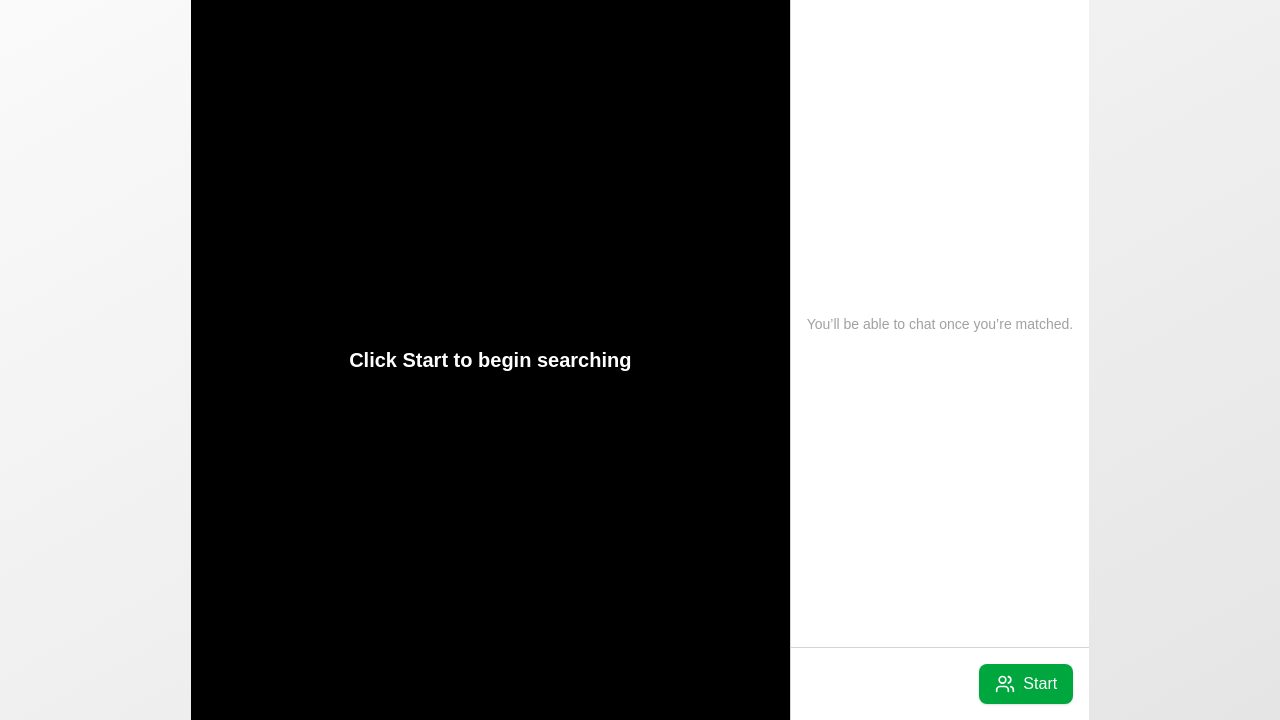
Repository: akanksha653/connectify
Page: /anonymous
These files come from the project's save history. The page is drawn as it stood at one moment and after the next save; the edit follows.
The browser window is 1280 px wide. The pictures show the whole page.
The page's requests for data from a server got no answer. The project was rebuilt for these pictures with package versions that can differ from the ones it lists, and the page was loaded fresh each time. The framework's server and built-in components were replaced by stand-ins that run in the browser. No one was signed in, and anything a server would have sent is missing. Also part of the build but not shown: next.config.ts, components/video/LocalVideo.tsx, components/video/RemoteVideo.tsx, components/chat/Message.tsx, components/chat/TypingIndicator.tsx, components/chat/ChatBox.tsx, features/anonymousChat/components/FindingPartner.tsx.

Above is the page before, as saved 2025-07-13 20:32:53.

### src/app/anonymous/page.tsx
"use client";

import React from "react";
// Update the import path below to the correct relative path if needed
import AnonymousChatRoom from "../../../features/anonymousChat/components/AnonymousChatRoom";

export default function AnonymousPage() {
  return (
    <main className="flex min-h-screen flex-col items-center justify-center bg-gradient-to-br from-neutral-50 to-neutral-200 dark:from-neutral-900 dark:to-neutral-800 px-4">
      <AnonymousChatRoom />
    </main>
  );
}

### features/anonymousChat/components/AnonymousChatRoom.tsx
"use client";

import React, { useEffect, useState, useCallback } from "react";
import useWebRTC from "../hooks/useWebRTC";
import useSocket from "../hooks/useSocket";
import LocalVideo from "../../../components/video/LocalVideo";
import RemoteVideo from "../../../components/video/RemoteVideo";
import ChatBox from "../../../components/chat/ChatBox";
import FindingPartner from "./FindingPartner";
import { Users, RefreshCcw, CircleStop } from "lucide-react";

export default function AnonymousChatRoom() {
  const [roomId, setRoomId] = useState<string | null>(null);
  const [isOfferer, setIsOfferer] = useState<boolean | null>(null);
  const [loading, setLoading] = useState(false);
  const [sessionStarted, setSessionStarted] = useState(false);

  const socket = useSocket();
  const { localStream, remoteStream } = useWebRTC(roomId, isOfferer, sessionStarted);

  const handleMatched = useCallback(
    ({ roomId, isOfferer }: { roomId: string; partnerId: string; isOfferer: boolean }) => {
      console.log("🎉 Matched in room:", roomId, "Offerer:", isOfferer);
      setRoomId(roomId);
      setIsOfferer(isOfferer);
      setLoading(false);
    },
    []
  );

  useEffect(() => {
    if (!socket) return;
    socket.off("matched", handleMatched);
    socket.on("matched", handleMatched);
    return () => {
      socket.off("matched", handleMatched);
    };
  }, [socket, handleMatched]);

  useEffect(() => {
    if (!socket) return;

    const handleDisconnect = () => {
      console.log("⚠️ Disconnected from socket server");
      setLoading(false);
      setSessionStarted(false);
    };

    const handleConnect = () => {
      console.log("✅ Connected to socket server:", socket.id);
    };

    socket.on("disconnect", handleDisconnect);
    socket.on("connect", handleConnect);

    return () => {
      socket.off("disconnect", handleDisconnect);
      socket.off("connect", handleConnect);
    };
  }, [socket]);

  useEffect(() => {
    return () => {
      if (socket && roomId) {
        socket.emit("leave-room", roomId);
        console.log("👋 Left room:", roomId);
      }
    };
  }, [socket, roomId]);

  const handleStart = () => {
    if (!sessionStarted) {
      setLoading(true);
      setSessionStarted(true);
      socket?.emit("start-looking");
      console.log("🔎 Started looking for partner");
    }
  };

  const handleStop = () => {
    if (roomId) {
      socket?.emit("leave-room", roomId);
      console.log("🛑 Stopped session and left room:", roomId);
    }
    setRoomId(null);
    setIsOfferer(null);
    setSessionStarted(false);
    setLoading(false);
  };

  const handleSkip = () => {
    handleStop();
    handleStart();
    console.log("⏭️ Skipped to new partner");
  };

  const renderControlButton = () => {
    const baseClasses =
      "flex items-center gap-2 px-4 py-2 rounded-lg shadow font-medium transition whitespace-nowrap";
    if (!sessionStarted) {
      return (
        <button
          onClick={handleStart}
          className={`${baseClasses} bg-green-600 hover:bg-green-700 text-white`}
        >
          <Users className="w-5 h-5" />
          Start
        </button>
      );
    } else if (loading) {
      return (
        <button
          onClick={handleStop}
          className={`${baseClasses} bg-red-600 hover:bg-red-700 text-white`}
        >
          <CircleStop className="w-5 h-5" />
          Stop
        </button>
      );
    } else {
      return (
        <button
          onClick={handleSkip}
          className={`${baseClasses} bg-yellow-500 hover:bg-yellow-600 text-white`}
        >
          <RefreshCcw className="w-5 h-5" />
          Skip
        </button>
      );
    }
  };

  return (
    <div className="flex flex-col md:grid md:grid-cols-3 h-screen bg-neutral-100 dark:bg-neutral-900">
      {/* Video Section */}
      <div className="md:col-span-2 relative flex items-center justify-center bg-black p-2 md:p-4">
        {!sessionStarted ? (
          <div className="text-white text-xl font-semibold text-center px-4">
            Click Start to begin searching
          </div>
        ) : loading ? (
          <FindingPartner />
        ) : (
          <>
            <RemoteVideo stream={remoteStream} />
            <div className="absolute top-5 right-5 w-40 h-40 md:w-48 md:h-48 rounded overflow-hidden border-2 border-white shadow-lg z-20">
              {localStream ? (
                <LocalVideo stream={localStream} />
              ) : (
                <div className="text-white text-sm p-2">Loading camera...</div>
              )}
            </div>
          </>
        )}
      </div>

      {/* Chat + Controls */}
      <div className="flex flex-col h-full border-t md:border-t-0 md:border-l border-neutral-300 dark:border-neutral-700">
        <div className="flex-grow overflow-y-auto bg-white dark:bg-neutral-900">
          {roomId ? (
            <ChatBox socket={socket} roomId={roomId} />
          ) : (
            <div className="flex items-center justify-center h-full text-neutral-400 text-sm px-4 text-center">
              You’ll be able to chat once you’re matched.
            </div>
          )}
        </div>

        {/* Bottom Controls */}
        <div className="p-4 border-t border-neutral-300 dark:border-neutral-700 bg-white dark:bg-neutral-800 flex justify-end sticky bottom-0 z-10">
          {renderControlButton()}
        </div>
      </div>
    </div>
  );
}

### features/anonymousChat/hooks/useWebRTC.ts
import { useEffect, useRef, useState } from "react";
import { io, Socket } from "socket.io-client";

const SOCKET_URL = process.env.NEXT_PUBLIC_SOCKET_URL;

export default function useWebRTC(roomId: string | null, isOfferer: boolean | null, isStarted: boolean) {
  const [remoteStream, setRemoteStream] = useState<MediaStream | null>(null);
  const [localStream, setLocalStream] = useState<MediaStream | null>(null);
  const peerConnectionRef = useRef<RTCPeerConnection | null>(null);
  const socketRef = useRef<Socket | null>(null);

  const iceServers = {
    iceServers: [
      { urls: "stun:stun.l.google.com:19302" },
      { urls: "stun:stun1.l.google.com:19302" },
      // 🔒 Add TURN servers for production behind NAT/firewalls
    ],
  };

  useEffect(() => {
    if (!roomId || isOfferer === null || !isStarted) {
      console.log("⏳ Waiting for Start button click + server-assigned roomId + role...");
      return;
    }

    const init = async () => {
      if (!SOCKET_URL) {
        console.error("❌ NEXT_PUBLIC_SOCKET_URL is not defined");
        return;
      }

      try {
        // ✅ Connect to signaling server
        socketRef.current = io(SOCKET_URL, {
          transports: ["websocket"],
        });

        socketRef.current.on("connect", () => {
          console.log("✅ Connected to socket server:", socketRef.current?.id);
        });

        // ✅ Get local media stream AFTER user clicks Start
        const stream = await navigator.mediaDevices.getUserMedia({ video: true, audio: true });
        setLocalStream(stream);
        console.log("📷 Obtained local media stream");

        // ✅ Create RTCPeerConnection
        peerConnectionRef.current = new RTCPeerConnection(iceServers);
        console.log("🔧 Created RTCPeerConnection");

        // ✅ Add local tracks to peer connection
        stream.getTracks().forEach((track) => {
          peerConnectionRef.current?.addTrack(track, stream);
        });

        // ✅ Handle remote stream
        peerConnectionRef.current.ontrack = (event) => {
          console.log("📡 Received remote stream track");
          setRemoteStream(event.streams[0]);
        };

        // ✅ Monitor connection state
        peerConnectionRef.current.onconnectionstatechange = () => {
          console.log("🔗 Connection state:", peerConnectionRef.current?.connectionState);
        };

        // ✅ Handle ICE candidates generated locally
        peerConnectionRef.current.onicecandidate = (event) => {
          if (event.candidate) {
            console.log("📤 Sending ICE candidate");
            socketRef.current?.emit("ice-candidate", { candidate: event.candidate, roomId });
          }
        };

        // ✅ Join room and wait for confirmation before offer creation
        socketRef.current.emit("join-room", roomId);

        socketRef.current.on("joined-room", async (joinedRoomId) => {
          console.log("🏠 Successfully joined room:", joinedRoomId);

          if (isOfferer) {
            console.log("📞 Creating offer...");
            const offer = await peerConnectionRef.current!.createOffer();
            await peerConnectionRef.current!.setLocalDescription(offer);
            socketRef.current?.emit("offer", { offer, roomId });
            console.log("📤 Sent offer:", offer);
          }
        });

        // ✅ Listen for offer
        socketRef.current.on("offer", async ({ offer }) => {
          console.log("📩 Received offer:", offer);
          await peerConnectionRef.current!.setRemoteDescription(new RTCSessionDescription(offer));
          const answer = await peerConnectionRef.current!.createAnswer();
          await peerConnectionRef.current!.setLocalDescription(answer);
          socketRef.current?.emit("answer", { answer, roomId });
          console.log("📤 Sent answer:", answer);
        });

        // ✅ Listen for answer
        socketRef.current.on("answer", async ({ answer }) => {
          console.log("📩 Received answer:", answer);
          await peerConnectionRef.current!.setRemoteDescription(new RTCSessionDescription(answer));
        });

        // ✅ Listen for ICE candidates from remote peer
        socketRef.current.on("ice-candidate", async ({ candidate }) => {
          console.log("📩 Received ICE candidate:", candidate);
          try {
            await peerConnectionRef.current!.addIceCandidate(new RTCIceCandidate(candidate));
          } catch (error) {
            console.error("❌ Error adding received ICE candidate:", error);
          }
        });

      } catch (error) {
        console.error("❌ Failed to initialize WebRTC:", error);
      }
    };

    init();

    return () => {
      console.log("🧹 Cleaning up WebRTC and socket connections");
      peerConnectionRef.current?.close();
      localStream?.getTracks().forEach((track) => track.stop());
      socketRef.current?.disconnect();
    };
  }, [roomId, isOfferer, isStarted]);

  return { localStream, remoteStream };
}

### features/anonymousChat/hooks/useSocket.ts
// features/anonymousChat/hooks/useSocket.ts

import { useEffect, useState } from "react";
import { io, Socket } from "socket.io-client";

const SOCKET_URL = process.env.NEXT_PUBLIC_SOCKET_URL;

export default function useSocket(): Socket | null {
  const [socket, setSocket] = useState<Socket | null>(null);

  useEffect(() => {
    if (!SOCKET_URL) {
      console.error("❌ NEXT_PUBLIC_SOCKET_URL is not defined");
      return;
    }

    const newSocket = io(SOCKET_URL, {
      transports: ["websocket"],
      reconnectionAttempts: 3,
      reconnectionDelay: 1000,
      forceNew: true, // ✅ ensures fresh connection per hook usage
    });

    newSocket.on("connect", () => {
      console.log("✅ Connected to socket server:", newSocket.id);
    });

    newSocket.on("disconnect", () => {
      console.log("❌ Disconnected from socket server");
    });

    newSocket.on("connect_error", (err) => {
      console.error("⚠️ Socket connection error:", err.message);
    });

    setSocket(newSocket);

    return () => {
      newSocket.disconnect();
    };
  }, []);

  return socket;
}

Loaded but not shown: src/app/layout.tsx (common file); src/app/globals.css (common file)

After the next save:
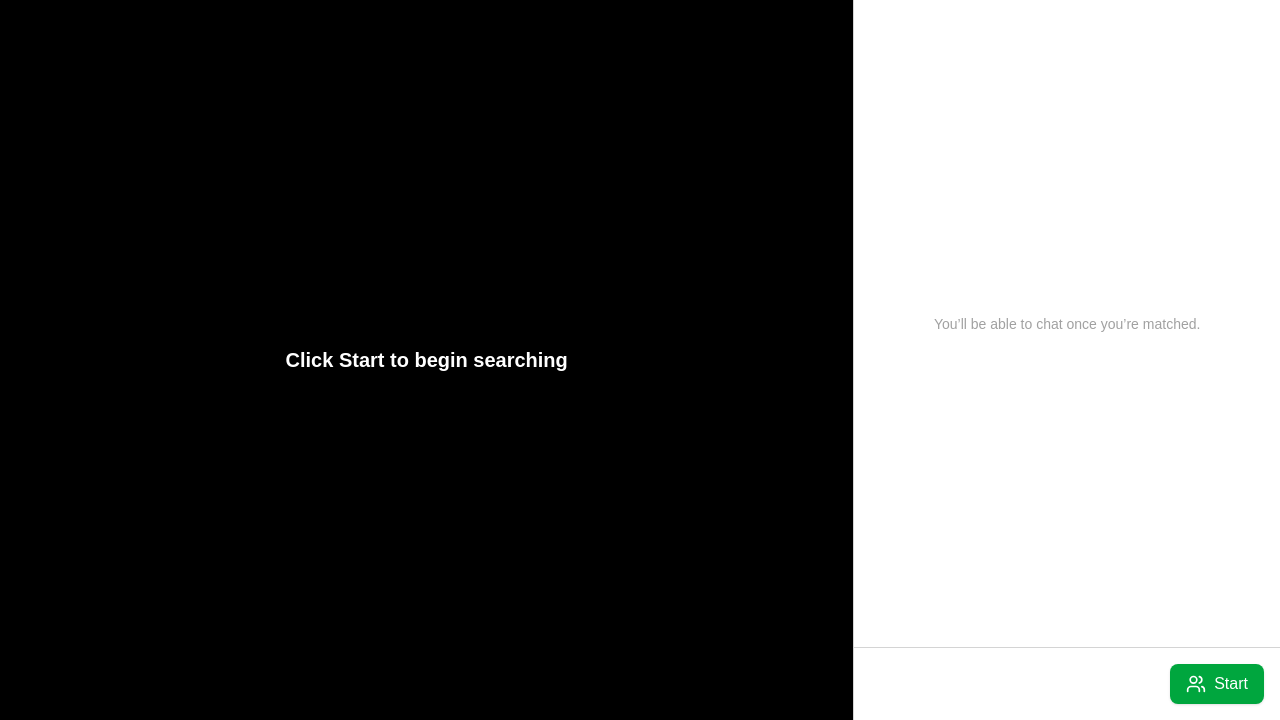
Saved 34 s later.
--- a/src/app/anonymous/page.tsx
+++ b/src/app/anonymous/page.tsx
@@ -1,13 +1,14 @@
 "use client";
 
 import React from "react";
-// Update the import path below to the correct relative path if needed
 import AnonymousChatRoom from "../../../features/anonymousChat/components/AnonymousChatRoom";
 
 export default function AnonymousPage() {
   return (
-    <main className="flex min-h-screen flex-col items-center justify-center bg-gradient-to-br from-neutral-50 to-neutral-200 dark:from-neutral-900 dark:to-neutral-800 px-4">
-      <AnonymousChatRoom />
+    <main className="min-h-screen w-full bg-gradient-to-br from-neutral-50 to-neutral-200 dark:from-neutral-900 dark:to-neutral-800">
+      <div className="max-w-screen-2xl mx-auto h-full">
+        <AnonymousChatRoom />
+      </div>
     </main>
   );
 }
